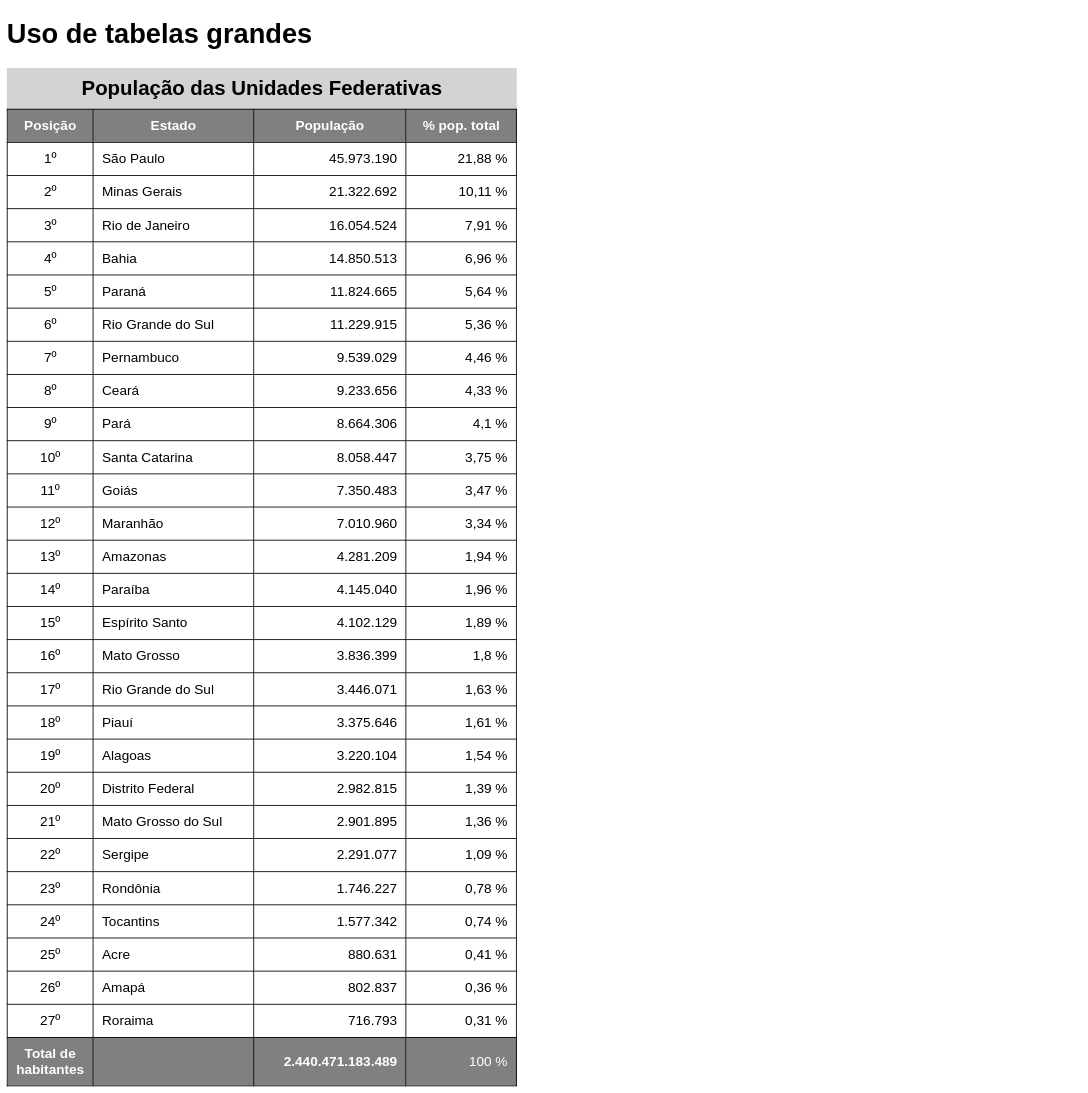
Repository: railsondev/html-css
Page: Módulo3/Exercicios/Ex02 - Tabelas/tabela002.html
An editor plug-in stored every save of this project. The page is shown before and after a run of saves, followed by the edit.
The browser window is 1280 px wide. The pictures show the whole page, at 85% of full size.

Above is the page before, as saved 2024-10-19 19:34:30.

After the next 2 saves:
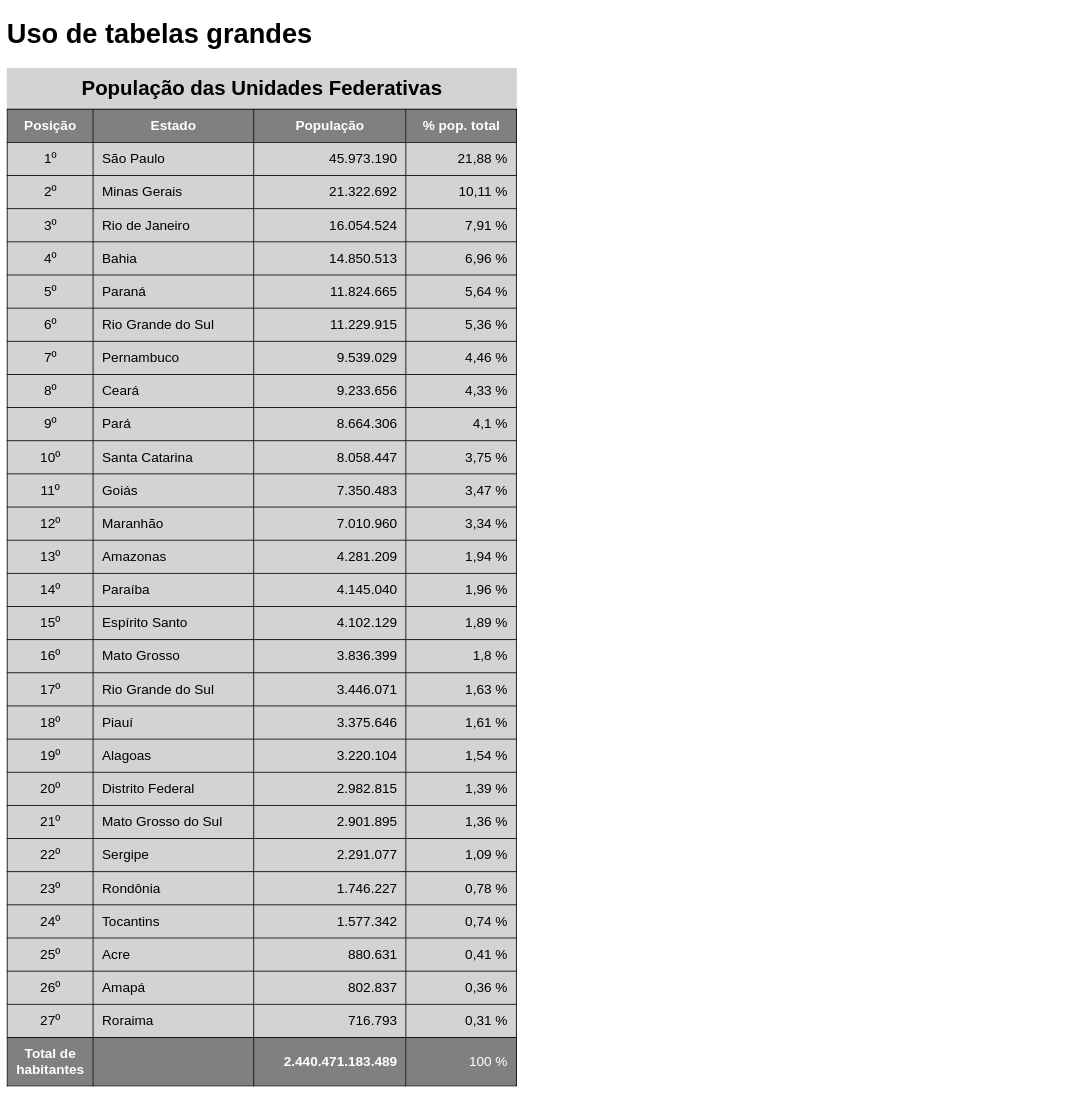
The 2 saves are shown as one change because they came seconds apart.
The last was saved 13 s later.
--- a/Módulo3/Exercicios/Ex02 - Tabelas/src/css/estilo01.css
+++ b/Módulo3/Exercicios/Ex02 - Tabelas/src/css/estilo01.css
@@ -4,7 +4,7 @@ body {
   font-family: Arial, Helvetica, sans-serif;
 }
 tbody tr {
-  background-color: ;
+  background-color: lightgray;
 }
 
 caption {

After the save that followed:
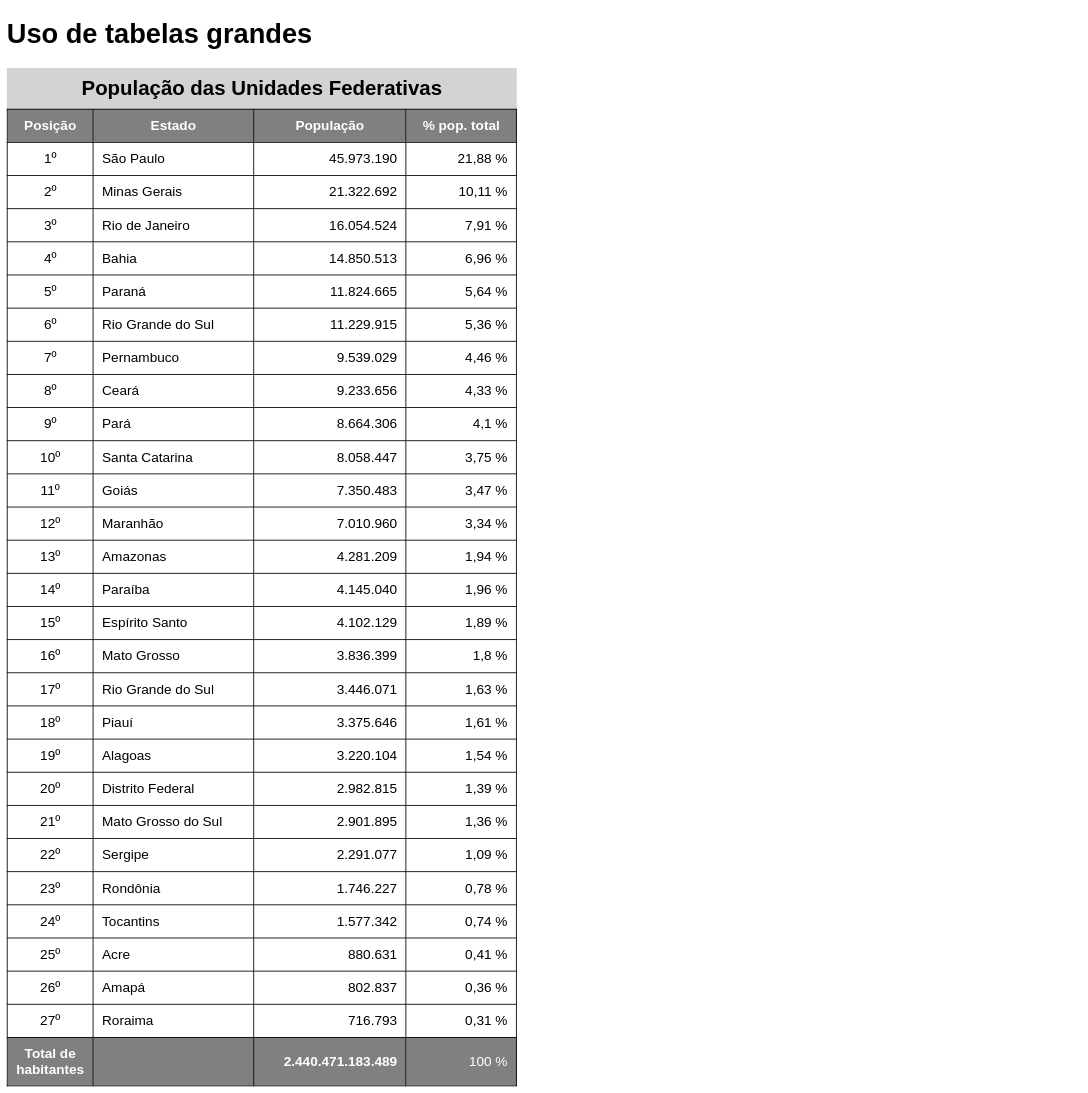
Saved 42 s later.
--- a/Módulo3/Exercicios/Ex02 - Tabelas/src/css/estilo01.css
+++ b/Módulo3/Exercicios/Ex02 - Tabelas/src/css/estilo01.css
@@ -3,7 +3,7 @@
 body {
   font-family: Arial, Helvetica, sans-serif;
 }
-tbody tr {
+tbody tr: {
   background-color: lightgray;
 }
 
